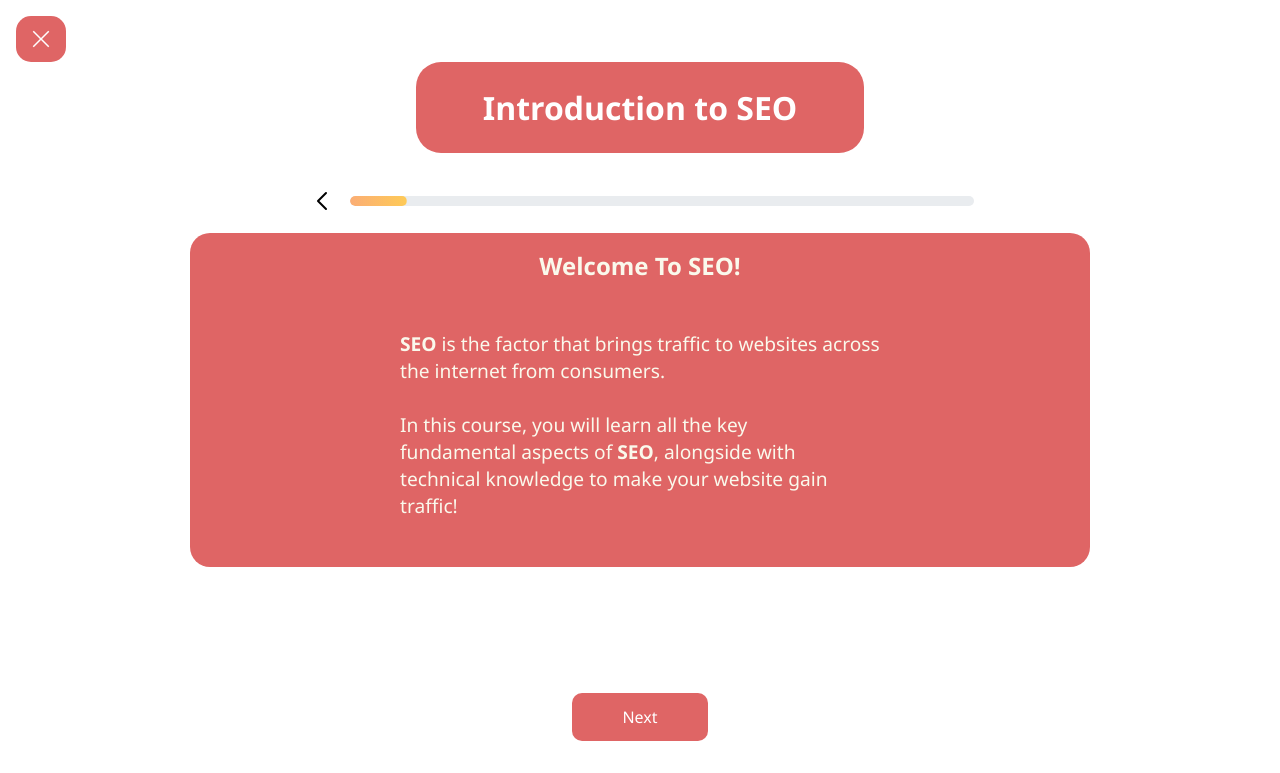
Repository: Duskofnight/code-website
Page: intro-to-seo/seo-introduction.html
These files come from the project's save history. The page is drawn as it stood at one moment and after the next save; the edit follows.
The browser window is 1280 px wide. The pictures show the whole page.

Above is the page before, as saved 2025-08-13 17:16:52.

After the next save:
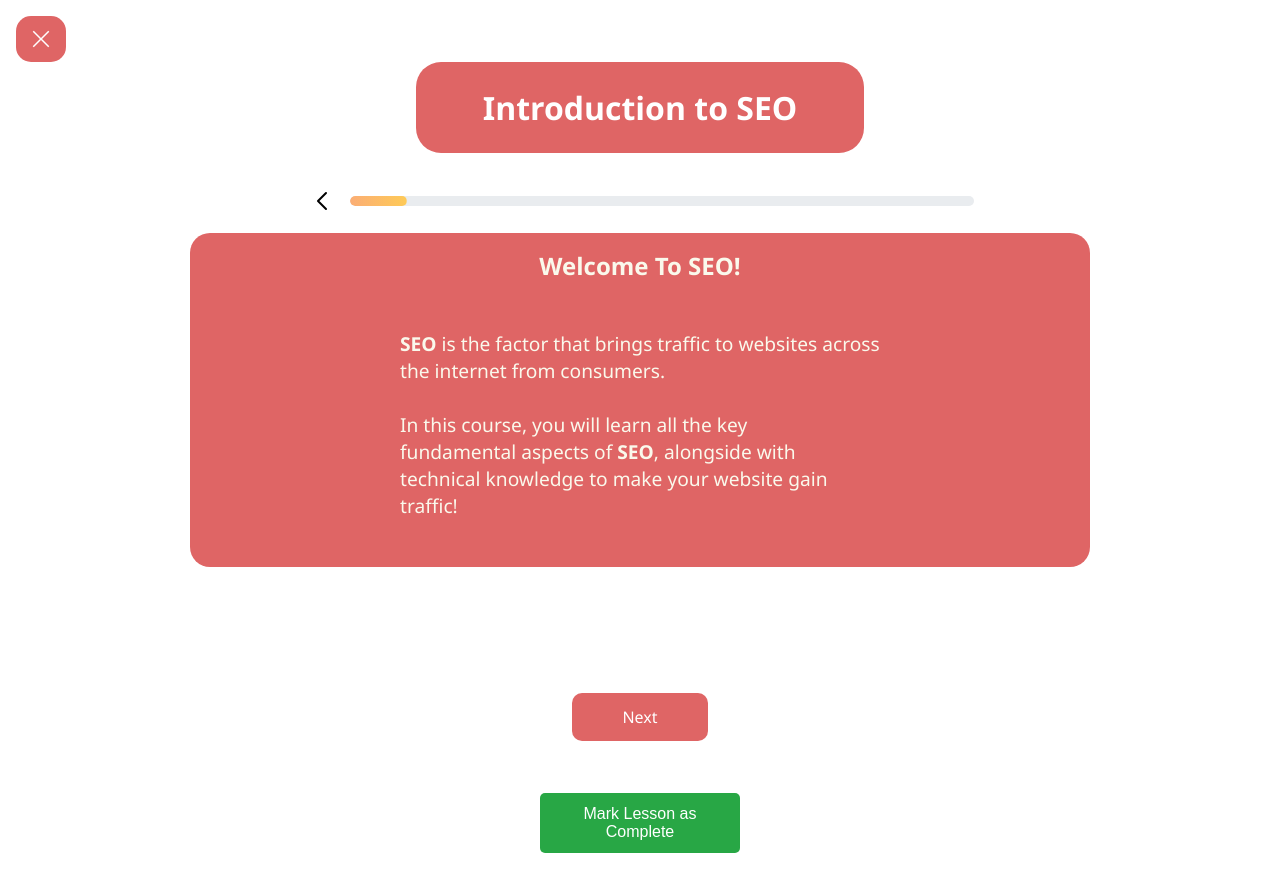
Saved 52 s later.
--- a/intro-to-seo/seo-introduction.html
+++ b/intro-to-seo/seo-introduction.html
@@ -257,6 +257,45 @@
       </div>
 
       <script src="seo-introduction.js"></script>
+      <script>
+document.addEventListener('DOMContentLoaded', function() {
+    // CHANGE THIS ID for each lesson page:
+    const currentLessonId = 'seo-introduction'; // ← Change this for each page
+
+    // Create completion button
+    const completeButton = document.createElement('button');
+    completeButton.textContent = 'Mark Lesson as Complete';
+    completeButton.style.cssText = `
+        background-color: #28a745;
+        color: white;
+        padding: 12px 24px;
+        border: none;
+        border-radius: 5px;
+        cursor: pointer;
+        font-size: 16px;
+        margin: 20px auto;
+        display: block;
+        width: 200px;
+    `;
+
+    completeButton.addEventListener('click', function() {
+        // Mark lesson as complete
+        if (window.parent !== window) {
+            window.parent.postMessage({
+                type: 'lesson-completed',
+                lessonId: currentLessonId
+            }, '*');
+        }
+
+        completeButton.disabled = true;
+        completeButton.textContent = 'Lesson Completed!';
+        completeButton.style.backgroundColor = '#6c757d';
+    });
+
+    // Add button to the page
+    document.body.appendChild(completeButton);
+});
+</script>
 
   </body>
   </html>
